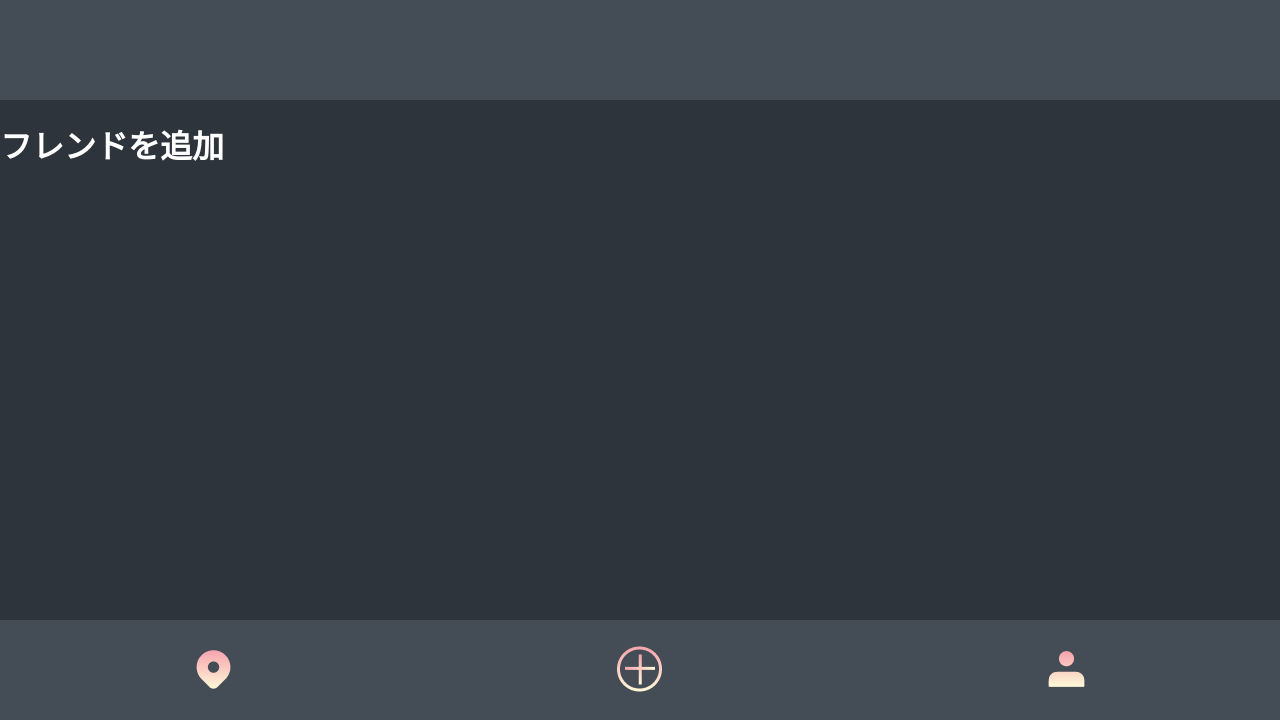
Repository: ren0714poo/respos
Page: addition.html
An editor plug-in stored every save of this project. The page is shown before and after the next save, followed by the edit.
The browser window is 1280 px wide. The pictures show the whole page.

Above is the page before, as saved 2025-07-17 14:27:52.

### addition.html
<!DOCTYPE html>
<html lang="ja">
<head>
  <meta charset="UTF-8">
  <meta name="viewport" content="width=device-width, initial-scale=1.0">
  <title>respos_addition</title>
  <link rel="stylesheet" href="css/addition.css">
</head>
<body>
  <header>
  </header>

  <main>
    <div class="addition">
      <h1>フレンドを追加</h1>
    </div>
  </main>

  <footer>
    <button type="button" id="pin" onclick="location.href='top.html'"><img src="img/tabler_map-pin-filled.png" alt="ピン"></button>
    <button type="button"><img src="img/post.png" alt="投稿"></button>
    <button type="button" id="profile" onclick="location.href='profile.html'"><img src="img/icon-park-solid_people.png" alt="プロフィール"></button>
  </footer>

</body>
</html>

### css/addition.css
@media screen and (max-width:480px){


}

html, body {
  color: white;
  background: #2D343C;
  height: 100%;
  margin: 0;
  padding: 0;
  display: grid;
  grid-template-rows: 100px calc(100vh - 200px) 100px;
  grid-template-areas:
  "header"
  "main"
  "footer"
  ;
}



header{
  width: 100%;
  height: 100px;
  background: #444C55;
  display: flex;
  grid-area: header;
}




main{
  grid-area: main;
}

.addition{
  font-size: 16px;
}









footer {
  background: #444C55;
  display: flex;
  justify-content: space-around;
  align-items: center;
}

footer button {
  background: transparent;
  border: none;
}

After the next save:
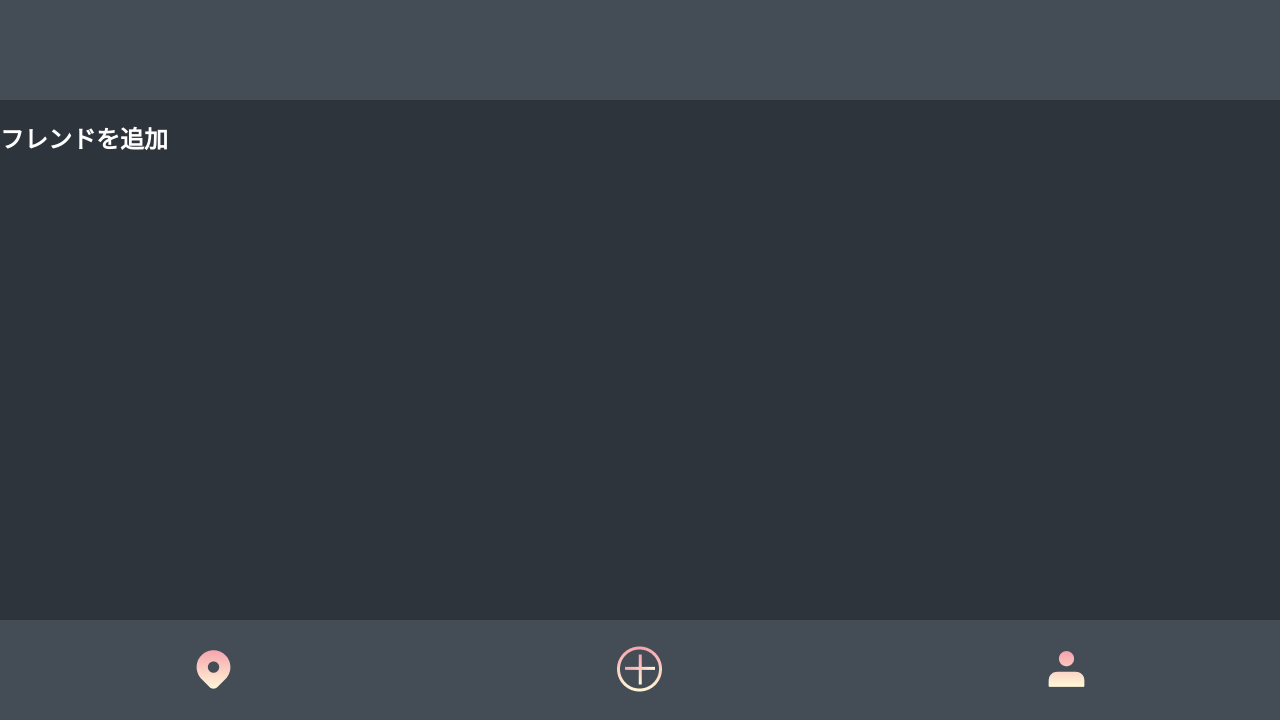
Saved 16 s later.
--- a/addition.html
+++ b/addition.html
@@ -12,7 +12,7 @@
 
   <main>
     <div class="addition">
-      <h1>フレンドを追加</h1>
+      <h2>フレンドを追加</h2>
     </div>
   </main>
 
